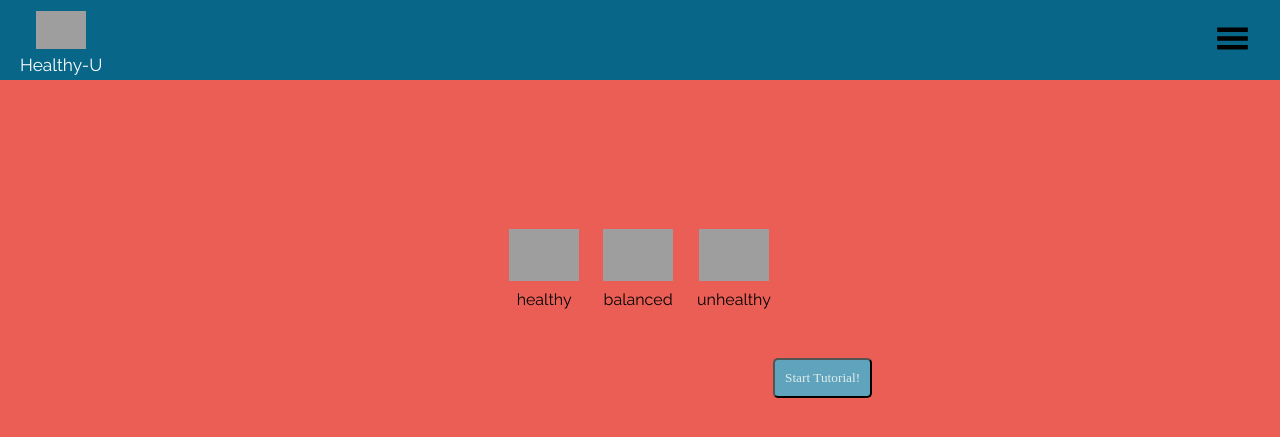
Repository: smashy09/healthy-share
Page: /InformationPage
The author's editor kept a copy of each file at every save. The page is drawn from the files as they stood at one save, then again after the next save.
The browser window is 1280 px wide. The pictures show the whole page.
Pictures or frames that could not be fetched are drawn as grey boxes. The project was rebuilt for these pictures with package versions that can differ from the ones it lists, and the page was loaded fresh each time. The framework's server and built-in components were replaced by stand-ins that run in the browser. Also part of the build but not shown: next.config.js.

Above is the page before, as saved 2020-05-14 23:51:10.

### pages/_app.js
// import App from 'next/app'
import './app.css';

function MyApp({ Component, pageProps }) {
    return <Component {...pageProps} />
  }

  // Only uncomment this method if you have blocking data requirements for
  // every single page in your application. This disables the ability to
  // perform automatic static optimization, causing every page in your app to
  // be server-side rendered.
  //
  // MyApp.getInitialProps = async (appContext) => {
  //   // calls page's `getInitialProps` and fills `appProps.pageProps`
  //   const appProps = await App.getInitialProps(appContext);
  //
  //   return { ...appProps }
  // }

  export default MyApp

### pages/_document.js
import Document, { Html, Head, Main, NextScript } from 'next/document'


class MyDocument extends Document {
  static async getInitialProps(ctx) {
    const initialProps = await Document.getInitialProps(ctx)
    return { ...initialProps }
  }

  render() {
    return (
      <Html>
        <Head />
        <body>
        <link href="https://fonts.googleapis.com/css2?family=Raleway&display=swap" rel="stylesheet"></link>
          <Main />
          <NextScript />
        </body>
      </Html>
    )
  }
}

export default MyDocument

### pages/InformationPage/index.js
import Router from 'next/router';
import React from 'react';
import './info.css';
import Header from '../../comps/Header';
import CustomText from '../../comps/CustomText';
import CustomButton from '../../comps/CustomButton';

//Info Page


function NextPage(){
    Router.push("/AnimationPage1");
}
//homePage
const healthyImg = require('./healthyicon.png');
const balancedImg = require('./balancedicon.png');
const unhealthyImg = require('./unhealthyicon.png');

const InformationPage = ({backgroundColor, healthytxt, balancedtxt, unhealthytxt, healthyImg, balancedImg, unhealthyImg}) => <div
style={{backgroundColor:backgroundColor}}

  id="All_info_page">
    <Header/>
    <CustomText fontSize={22}  text="Welcome to Healthy-U!"/>
    <CustomText fontSize={18}  text="Health-U goal is to help you be more aware of
your lifestyle by gathering information based on
your answers for the survey!"/>
 <CustomText fontSize={22} text="How to Use!"/>
 <CustomText fontSize={18} text="Whenever you're ready just click start survey.
There will be 3 questions
Pick the answer that represents you the closest."/>
  <div className="card_answers">
        <div className="options">
            <img src={healthyImg} />
            {healthytxt}
        </div>

        <div className="options">
           <img src={balancedImg} />
            {balancedtxt}
         </div>

        <div className="options">
           <img src={unhealthyImg} />
            {unhealthytxt}
        </div>
    </div>
<CustomText fontSize={18} text="After answering you will be given results
filled with info on how to become a better U! "/>
<div className="info_button">
<CustomButton className="R_button" text="Start Tutorial!" onClick={NextPage}/>
</div>
</div>

InformationPage.defaultProps = {
    place:"New Button",
    color:"#000",
    healthytxt:"healthy",
    balancedtxt:"balanced",
    unhealthytxt:"unhealthy",
    healthyImg:healthyImg,
    balancedImg:balancedImg,
    unhealthyImg:unhealthyImg,
}
export default InformationPage;

### pages/app.css
*{
    font-family: 'Raleway', sans-serif;
}

### pages/InformationPage/info.css
body {
    background-color: #EB5E55;
}

.All_info_page{
    text-align: center;

}
.All_info_page p{
 margin-bottom: 2px;
}

.card_answers{
    display: flex;
    justify-content: center;
    align-items: center;
}

.options{
    display: inline-flex;
    flex-direction: column;
    align-items: center;
    /* border: solid 1px gray; */
    border-radius: 25px;
    margin: 10px;
    padding: 2px;

}

.options img{
    width: 70px;
    height: 70px;
    object-fit: contain;
}

.info_button{
    position: absolute;
    left: 60%;
}

### comps/Header/index.js
import React from 'react';
import Link from 'next/link';
import './header.css'
import {GiHamburgerMenu} from 'react-icons/gi';


const logoImg = require('./logo.png');

const Header = ({ text, color, fontSize, text1, text2, text3,text4, lineHeight}) => <div>
    <div className="HeaderContainer">
        <div className="HeaderLogo" style={{color, fontSize}} > <Link href="/HomePage"><img src={logoImg}/></Link><div>{text}</div></div>
        <div className="HamburgerMenu" onClick={MenuToggle}><GiHamburgerMenu size="35" /></div>
        <div className="HamburgermenuContainer" style={{fontSize, lineHeight}}>
        <Link href="/InformationPage"><div className="HamburgerItem">{text4}</div></Link>
            <Link href="/AnimationPage1"><div className="HamburgerItem">{text1}</div></Link>
            <Link href="/Survey1"><div className="HamburgerItem">{text2}</div></Link>
            <Link href="/ResultPage"><div className="HamburgerItem">{text3}</div></Link>
        </div>
    </div>
</div>

Header.defaultProps = {
    text: "Healthy-U",
    color: "#fff",
    fontSize: "13pt",
    text1: "Tutorial",
    text2: "Survey",
    text3: "Result",
    text4: "Information",
    lineHeight: "2em"
}


var menuState = false;
function MenuToggle() {
    if (menuState === true) {
        document.querySelector(".HamburgermenuContainer").style.display = "none";
        menuState = false;

    } else {
        document.querySelector(".HamburgermenuContainer").style.display = "block";
        menuState = true;
    }
}

export default Header;

### comps/CustomText/index.js
import React from 'react';
import './text.css';


//text

const CustomText = () => <div className="custom_text_box">
<p className="custom_text"></p>
</div>

CustomText.defaultProps = {
    color:"#3A3D42",
    text:"Hello There!",
    fontSize:"10px"
}

export default CustomText;

### comps/CustomButton/index.js
import React from 'react';
import './button.css';

//madec the UI

const CustomButton = ({text, backgroundColor, color, onClick}) => <div className="custom_button_box">
<button className="custom_button" style={{backgroundColor:backgroundColor, color:color}} onClick={onClick} > {text} </button>
</div>

function ButtonClick() {
    alert("clicked")
}

CustomButton.defaultProps = {
    backgroundColor:"#60a3bc",
    color:"#DEEDEC",
    text:"Start Survey",
    onClick:ButtonClick
}
export default CustomButton;

### comps/Header/header.css
body, html{
    margin:0;
}

.HeaderContainer {
    width: 100%;
    height: 80px;
    background-color:#086788;
    display: inline-flex;
    align-items: center;
}

.HeaderLogo:hover {
    opacity: 0.7;
}

.HeaderLogo:hover {
    opacity: 0.7;
}

.HamburgerMenu {
    position: absolute;
    right: 30px;
}

.HamburgerMenu:hover{
    color: white;
}

.HeaderLogo {
    padding-left: 20px;
    display: inline-flex;
    flex-direction: column;
    align-items: center;
    justify-content: center;
}

.HeaderLogo img{
    width: 50px;
    height: 50px;
    object-fit: contain;

}

.HamburgermenuContainer {
    margin: 20px;
    width: 120px;
    background-color: #D9ECF0;
    border-radius: 7%;
    text-align: center;
    padding: 15px;
    position: absolute;
    right: 0;
    top: 35px;
    display: none;
    z-index: 1;
}

.HamburgermenuContainer:hover {
    opacity: 0.8;
}


.HamburgerItem:hover {
    color: rgb(214, 129, 157);
    cursor: pointer;
}

### comps/CustomText/text.css
.custom_text_box{
    font-family: 'Spectral', serif;
    display: flex;
    justify-content: center;
    }

### comps/CustomButton/button.css
.custom_button {
    display: flex;
    border-radius: 5px;
    padding: 10px;
    font-family: 'Spectral', serif;
    cursor: pointer;
    margin: 5px;
    box-shadow: pink 10px;
    }

After the next save:
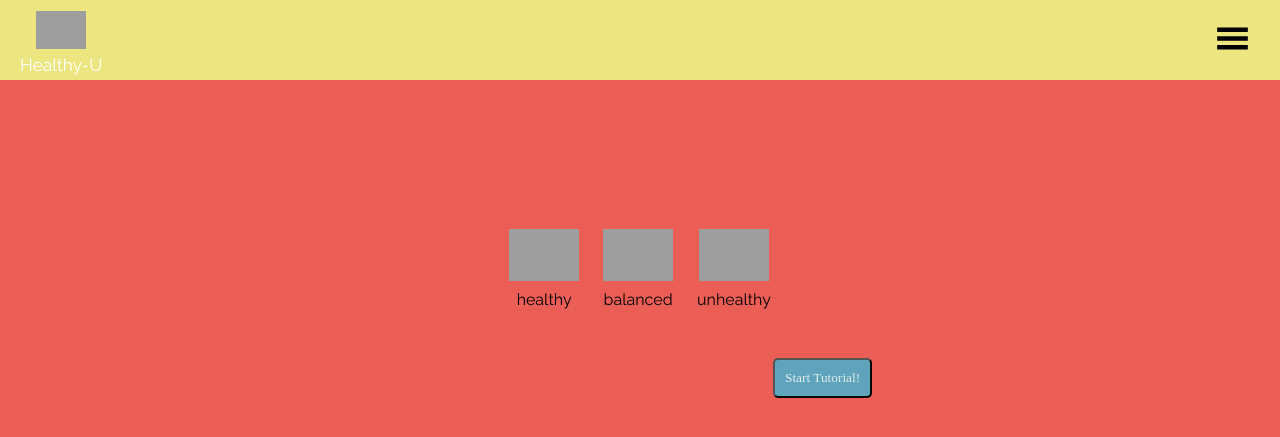
Saved 61 s later.
--- a/comps/Header/header.css
+++ b/comps/Header/header.css
@@ -5,7 +5,7 @@
 .HeaderContainer {
     width: 100%;
     height: 80px;
-    background-color:#086788;
+    background-color:#EDE580;
     display: inline-flex;
     align-items: center;
 }

After the save that followed:
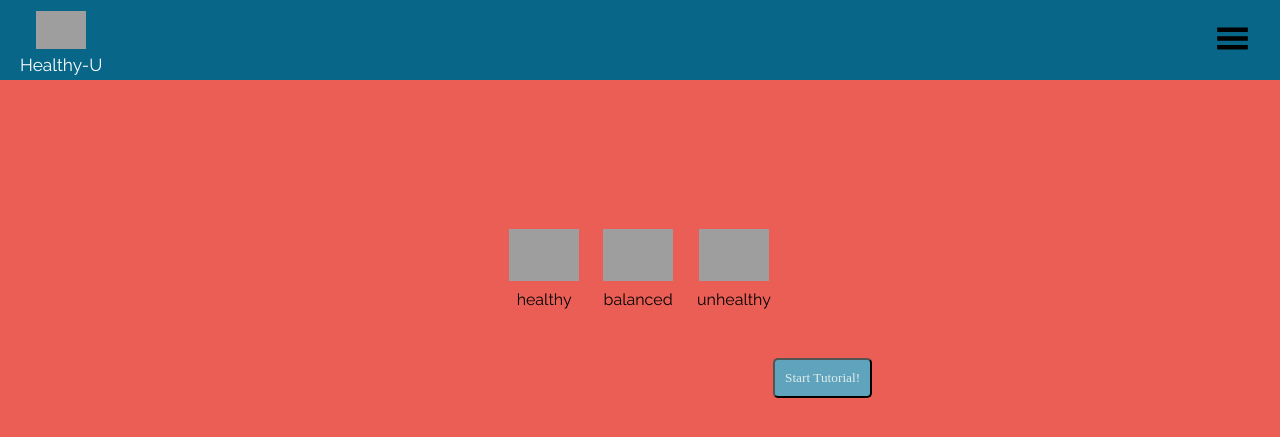
Saved 9 s later.
--- a/comps/Header/header.css
+++ b/comps/Header/header.css
@@ -5,7 +5,7 @@
 .HeaderContainer {
     width: 100%;
     height: 80px;
-    background-color:#EDE580;
+    background-color:#086788;
     display: inline-flex;
     align-items: center;
 }
